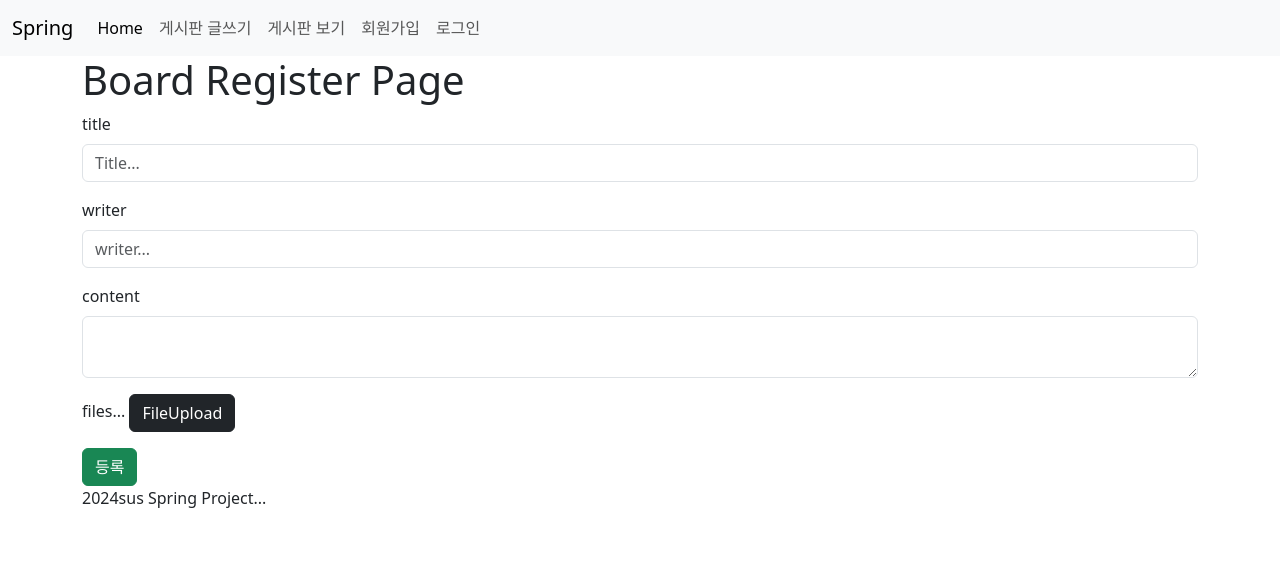
Repository: Ceciliaseon/springTest20240430
Page: http://localhost/spring_study/WEB-INF/views/board/register.jsp
The author's editor kept a copy of each file at every save. The page is drawn from the files as they stood at one save, then again after the next save.
The browser window is 1280 px wide. The pictures show the whole page.
The page is served by Tomcat 9. Nobody is signed in. The template is opened directly, without the code that normally fills it, so the values that code supplies are empty.

Above is the page before, as saved 2024-04-29 01:36:19.

### spring_study/src/main/webapp/WEB-INF/views/board/register.jsp
<%@ page language="java" contentType="text/html; charset=UTF-8"
    pageEncoding="UTF-8"%>
    <%@ taglib uri="http://java.sun.com/jsp/jstl/core" prefix="c"%>

<jsp:include page="../layout/header.jsp" />
<div class="container-md">
	<h1>Board Register Page</h1>
	<form action="/board/insert" method="post" enctype="multipart/form=data">
		<div class="mb-3">
		  <label for="t" class="form-label">title</label>
		  <input type="text" class="form-control" name="title" id="t" placeholder="Title...">
		</div>
		<div class="mb-3">
		  <label for="w" class="form-label">writer</label>
		  <input type="text" class="form-control" name="writer" value="${ses.id }" id="w" placeholder="writer...">
		</div>
		<div class="mb-3">
		  <label for="c" class="form-label">content</label>
		  <textarea class="form-control" id="c" name="content" aria-label="With textarea"></textarea>
		</div>

		<!-- file 입력라인 추가 -->
		<div class="mb-3">
		  <label for="file" class="form-label">files...</label>
		  <input type="file" class="form-control" name="files" id="file" multiple="multiple" style="display: none">
		  <button type="button" class="btn btn-dark">FileUpload</button>
		</div>
		<button type="submit" class="btn btn-success">등록</button>
	</form>
</div>
<jsp:include page="../layout/footer.jsp" />

### spring_study/src/main/webapp/WEB-INF/views/layout/header.jsp
<%@ page language="java" contentType="text/html; charset=UTF-8"
    pageEncoding="UTF-8"%>
    <%@ taglib uri="http://java.sun.com/jsp/jstl/core" prefix="c"%>
<!DOCTYPE html>
<html>
<head>
<meta charset="UTF-8">
<title>header.jsp</title>
<link href="https://cdn.jsdelivr.net/npm/bootstrap@5.3.3/dist/css/bootstrap.min.css" rel="stylesheet" integrity="sha384-QWTKZyjpPEjISv5WaRU9OFeRpok6YctnYmDr5pNlyT2bRjXh0JMhjY6hW+ALEwIH" crossorigin="anonymous">
<script src="https://cdn.jsdelivr.net/npm/bootstrap@5.3.3/dist/js/bootstrap.bundle.min.js" integrity="sha384-YvpcrYf0tY3lHB60NNkmXc5s9fDVZLESaAA55NDzOxhy9GkcIdslK1eN7N6jIeHz" crossorigin="anonymous"></script>
</head>
<body>

<nav class="navbar navbar-expand-lg bg-body-tertiary">
  <div class="container-fluid">
    <a class="navbar-brand" href="#">Spring</a>
    <button class="navbar-toggler" type="button" data-bs-toggle="collapse" data-bs-target="#navbarSupportedContent" aria-controls="navbarSupportedContent" aria-expanded="false" aria-label="Toggle navigation">
      <span class="navbar-toggler-icon"></span>
    </button>
    <div class="collapse navbar-collapse" id="navbarSupportedContent">
      <ul class="navbar-nav me-auto mb-2 mb-lg-0">
        <li class="nav-item">
          <a class="nav-link active" aria-current="page" href="/">Home</a>
        </li>
        <li class="nav-item">
          <a class="nav-link" href="/board/register">게시판 글쓰기</a>
        </li>
        <li class="nav-item">
          <a class="nav-link" href="/board/list">게시판 보기</a>
        </li>
        <li class="nav-item">
          <a class="nav-link" href="/member/register">회원가입</a>
        </li>
        <c:if test="${ses.id eq null }">
	        <li class="nav-item">
	          <a class="nav-link" href="/member/login">로그인</a>
	        </li>
        </c:if>
        <c:if test="${ses.id ne null }">
	        <li class="nav-item">
	          <a class="nav-link" href="/member/logout">로그아웃</a>
	        </li>
	        <li class="nav-item">
	          <a class="nav-link" href="/member/modify">${ses.id } (${ses.email }) 정보수정</a>
	        </li>
        </c:if>
      </ul>
    </div>
  </div>
</nav>

### spring_study/src/main/webapp/WEB-INF/views/layout/footer.jsp
<%@ page language="java" contentType="text/html; charset=UTF-8"
    pageEncoding="UTF-8"%>

<div class="container-md">
	2024sus Spring Project...
</div>

</body>
</html>

After the next save:
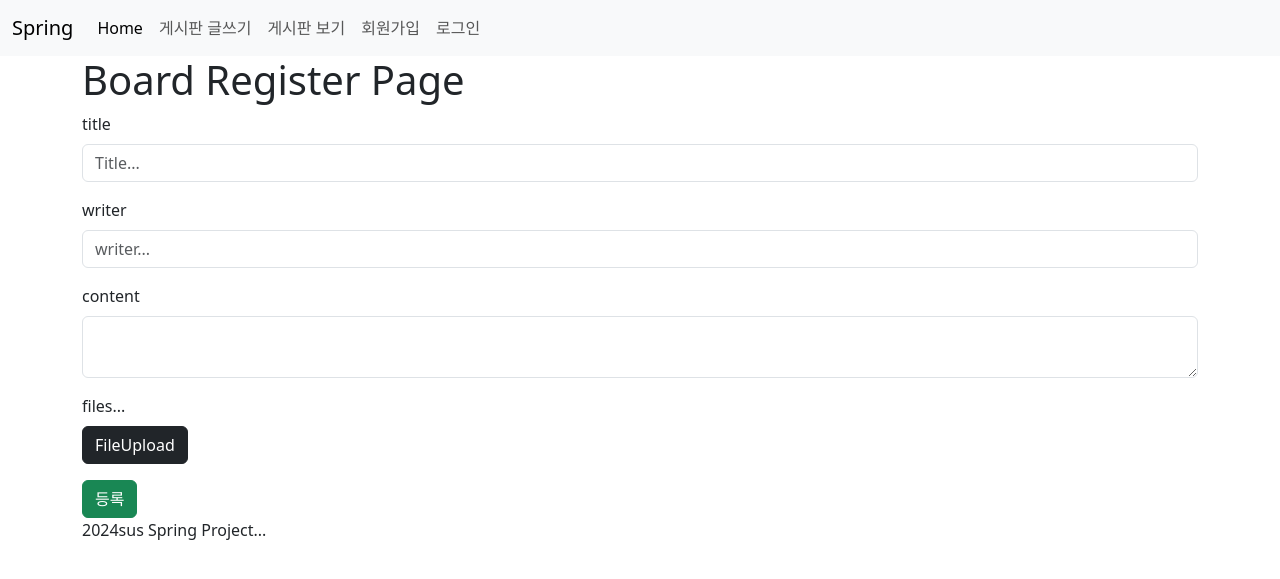
Saved 14 s later.
--- a/spring_study/src/main/webapp/WEB-INF/views/board/register.jsp
+++ b/spring_study/src/main/webapp/WEB-INF/views/board/register.jsp
@@ -22,7 +22,7 @@
 		<!-- file 입력라인 추가 -->
 		<div class="mb-3">
 		  <label for="file" class="form-label">files...</label>
-		  <input type="file" class="form-control" name="files" id="file" multiple="multiple" style="display: none">
+		  <input type="file" class="form-control" name="files" id="file" multiple="multiple" style="display: none"> <br>
 		  <button type="button" class="btn btn-dark">FileUpload</button>
 		</div>
 		<button type="submit" class="btn btn-success">등록</button>
